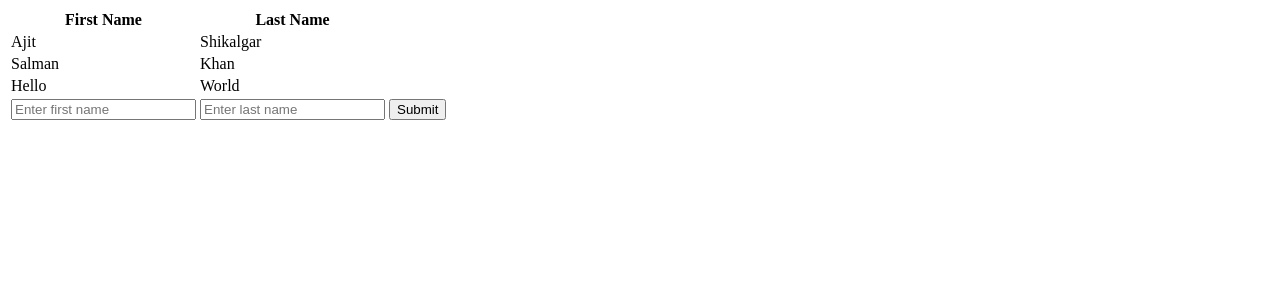
Repository: AjitMS/Angular
Page: angulardemo/WebContent/WEB-INF/index.html
An editor plug-in stored every save of this project. The page is shown before and after the next save, followed by the edit.
The browser window is 1280 px wide. The pictures show the whole page.
Some web libraries are served in a nearby version.

Above is the page before, as saved 2017-10-12 06:25:51.

After the next save:
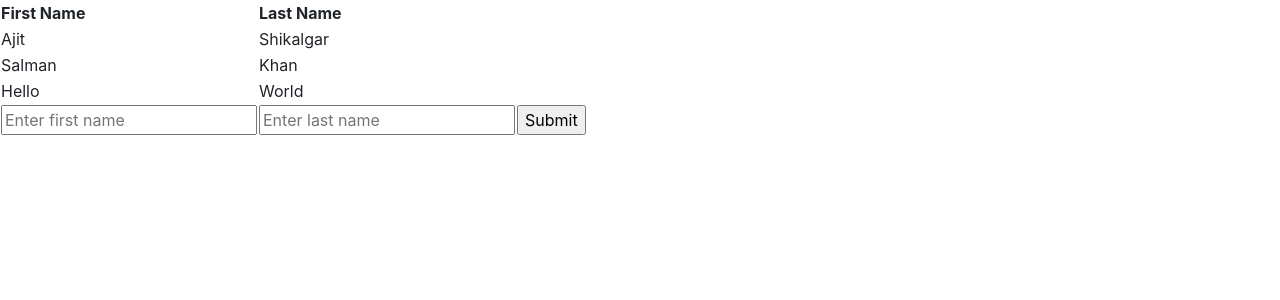
Saved 20 min 39 s later.
--- a/angulardemo/WebContent/WEB-INF/index.html
+++ b/angulardemo/WebContent/WEB-INF/index.html
@@ -3,67 +3,73 @@
 
 <head>
 
-  <script src="https://ajax.googleapis.com/ajax/libs/angularjs/1.6.4/angular.min.js"></script>
+<link rel="stylesheet"
+	href="https://maxcdn.bootstrapcdn.com/bootstrap/4.0.0-beta/css/bootstrap.min.css"
+	integrity="sha384-/Y6pD6FV/Vv2HJnA6t+vslU6fwYXjCFtcEpHbNJ0lyAFsXTsjBbfaDjzALeQsN6M"
+	crossorigin="anonymous">
+<script
+	src="https://ajax.googleapis.com/ajax/libs/angularjs/1.6.4/angular.min.js"></script>
 
 </head>
 
 <body>
-  <div ng-controller="SampleController">
-    <table>
-      <thead>
-        <th>First Name</th>
-        <th>Last Name</th>
-      </thead>
-      <tbody>
-        <tr ng-repeat="person in people">
-          <td>{{person.first}}</td>
-          <td>{{person.last}}</td>
-        </tr>
-        <tr>
-          <td>
-            <input ng-model="addFirst" type="text" placeholder="Enter first name" />
-          </td>
-          <td>
-            <input ng-model="addLast" type="text" placeholder="Enter last name" />
-          </td>
-          <td>
-            <button ng-click="addPerson()">Submit</button>
-          </td>
-        </tr>
-      </tbody>
-    </table>
-  </div>
+	<div ng-controller="SampleController">
+		<table>
+			<thead>
+				<th>First Name</th>
+				<th>Last Name</th>
+			</thead>
+			<tbody>
+				<tr ng-repeat="person in people">
+					<td>{{person.first}}</td>
+					<td>{{person.last}}</td>
+				</tr>
+				<tr>
+					<td><input ng-model="addFirst" type="text"
+						placeholder="Enter first name" /></td>
+					<td><input ng-model="addLast" type="text"
+						placeholder="Enter last name" /></td>
+					<td>
+						<button ng-click="addPerson()">Submit</button>
+					</td>
+				</tr>
+			</tbody>
+		</table>
+	</div>
 </body>
 
 <script>
-angular.module("app", []).controller("SampleController", function SampleController($scope) {
+	angular.module("app", []).controller("SampleController",
+			function SampleController($scope) {
 
-	alert('hello');
-	  $scope.people = [{
-	    id: 1,
-	    first: "Ajit",
-	    last: "Shikalgar"
-	  }, {
-	    id: 2,
-	    first: "Salman",
-	    last: "Khan"
-	  }, {
-	    id: 3,
-	    first: "Hello",
-	    last: "World"
-	  }];
+				alert('hello');
+				$scope.people = [ {
+					id : 1,
+					first : "Ajit",
+					last : "Shikalgar"
+				}, {
+					id : 2,
+					first : "Salman",
+					last : "Khan"
+				}, {
+					id : 3,
+					first : "Hello",
+					last : "World"
+				} ];
 
-	  $scope.addPerson = function() {
-	    alert('hello');
+				$scope.addPerson = function() {
+					alert('hello');
 
-	    var newId = $scope.people.length;
-	    newId++;
+					var newId = $scope.people.length;
+					newId++;
 
-	    $scope.people.push({id: newId, first: $scope.addFirst, last: $scope.addLast});
-	  }
-	})
-
-
+					$scope.people.push({
+						id : newId,
+						first : $scope.addFirst,
+						last : $scope.addLast
+					});
+				}
+			})
 </script>
 
 </html>
